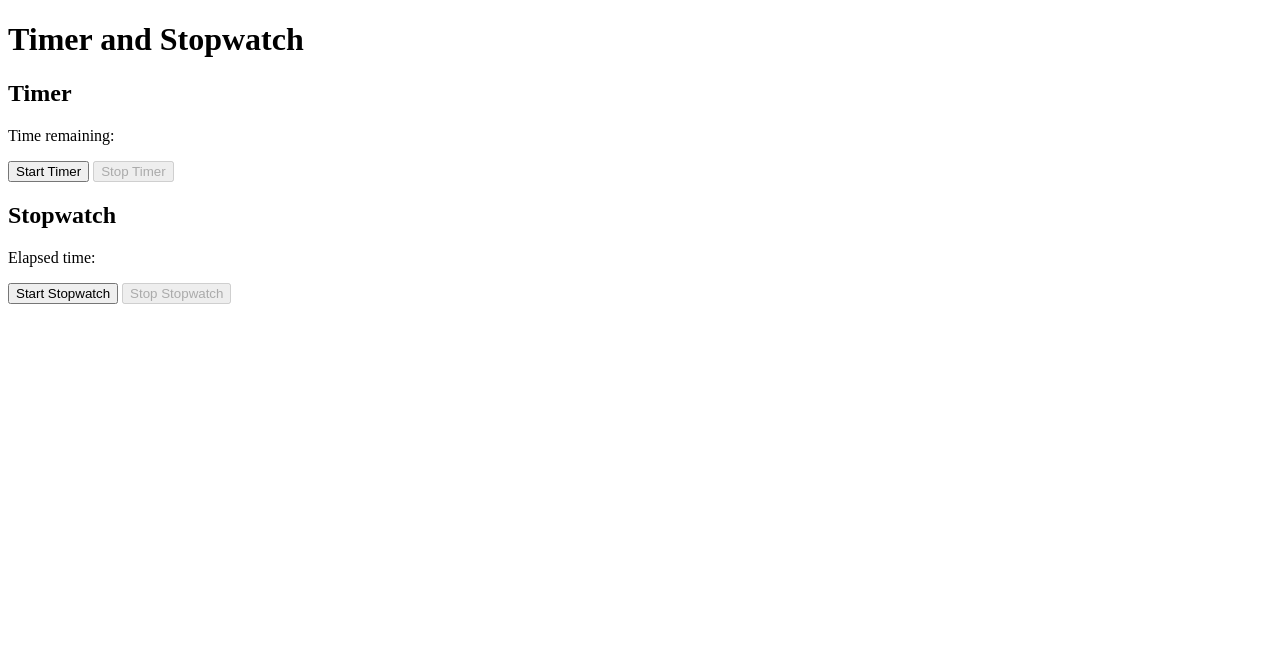
Repository: anonymous1508/CodeClause_Timerand_Stopwatch
Page: index.html
These files come from the project's save history. The page is drawn as it stood at one moment and after the next save; the edit follows.
The browser window is 1280 px wide. The pictures show the whole page.

Above is the page before, as saved 2023-05-04 17:38:19.
Not found: timer.js

### index.html
<!DOCTYPE html>
<html>
  <head>
    <title>Timer and Stopwatch</title>
    <link rel="stylesheet" href="style.css">
  </head>
  <body>
    <h1>Timer and Stopwatch</h1>

    <div class="timer-container">
      <h2>Timer</h2>
      <p>Time remaining: <span id="timer"></span></p>
      <button id="start-timer-btn">Start Timer</button>
      <button id="stop-timer-btn" disabled>Stop Timer</button>
    </div>

    <div class="stopwatch-container">
      <h2>Stopwatch</h2>
      <p>Elapsed time: <span id="stopwatch"></span></p>
      <button id="start-stopwatch-btn">Start Stopwatch</button>
      <button id="stop-stopwatch-btn" disabled>Stop Stopwatch</button>
    </div>

    <script src="timer.js"></script>
  </body>
</html>

### style.css
let timerInterval;

function startTimer(duration) {
  const timerDisplay = document.getElementById("timer");

  let timer = duration;
  timerInterval = setInterval(() => {
    const minutes = Math.floor(timer / 60);
    const seconds = timer % 60;

    timerDisplay.textContent = `${minutes}:${seconds < 10 ? "0" : ""}${seconds}`;

    if (--timer < 0) {
      clearInterval(timerInterval);
      timerDisplay.textContent = "Time's up!";
    }
  }, 1000);
}

function stopTimer() {
  clearInterval(timerInterval);
  document.getElementById("timer").textContent = "";
}

let stopwatchInterval;
let startTime;

function startStopwatch() {
  const stopwatchDisplay = document.getElementById("stopwatch");

  startTime = Date.now();
  stopwatchInterval = setInterval(() => {
    const elapsedMilliseconds = Date.now() - startTime;
    const minutes = Math.floor(elapsedMilliseconds / 60000);
    const seconds = Math.floor((elapsedMilliseconds % 60000) / 1000);
    const milliseconds = elapsedMilliseconds % 1000;

    stopwatchDisplay.textContent = `${minutes}:${seconds < 10 ? "0" : ""}${seconds}:${milliseconds < 100 ? "0" : ""}${milliseconds < 10 ? "0" : ""}${milliseconds}`;
  }, 10);
}

function stopStopwatch() {
  clearInterval(stopwatchInterval);
  document.getElementById("stopwatch").textContent = "";
}

After the next save:
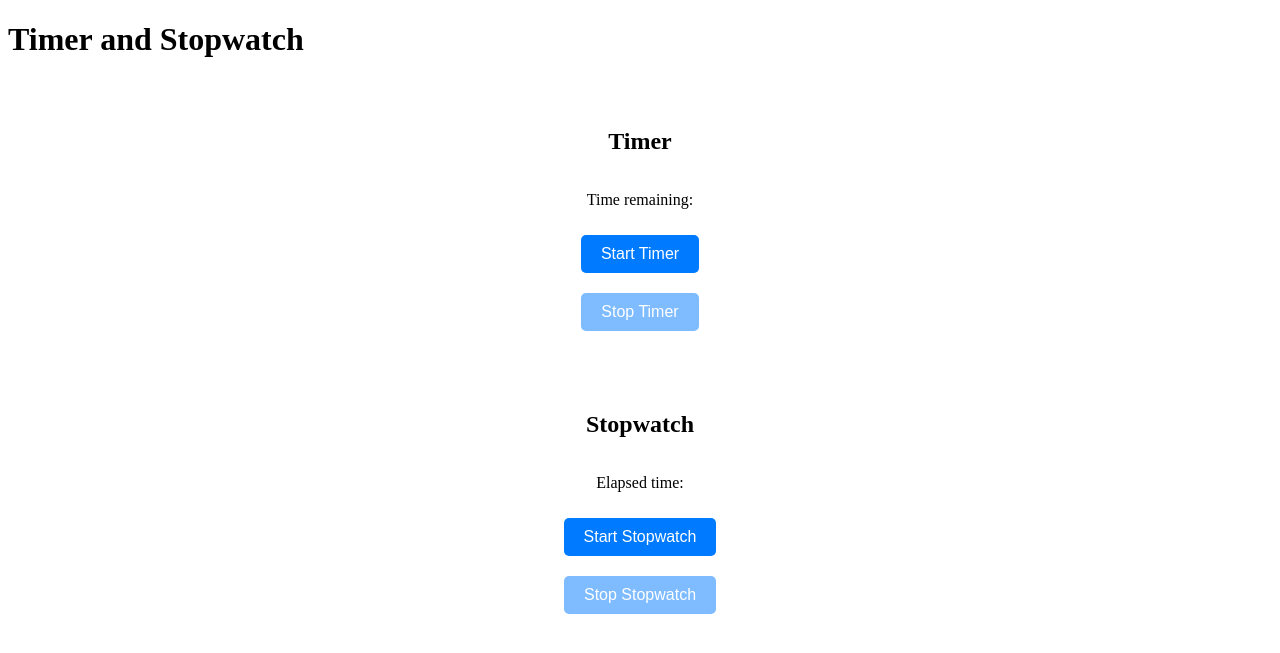
Saved 14 s later.
--- a/style.css
+++ b/style.css
@@ -1,45 +1,23 @@
-let timerInterval;
-
-function startTimer(duration) {
-  const timerDisplay = document.getElementById("timer");
-
-  let timer = duration;
-  timerInterval = setInterval(() => {
-    const minutes = Math.floor(timer / 60);
-    const seconds = timer % 60;
-
-    timerDisplay.textContent = `${minutes}:${seconds < 10 ? "0" : ""}${seconds}`;
-
-    if (--timer < 0) {
-      clearInterval(timerInterval);
-      timerDisplay.textContent = "Time's up!";
-    }
-  }, 1000);
+.timer-container,
+.stopwatch-container {
+  display: flex;
+  flex-direction: column;
+  align-items: center;
+  margin-top: 50px;
 }
 
-function stopTimer() {
-  clearInterval(timerInterval);
-  document.getElementById("timer").textContent = "";
+button {
+  margin: 10px;
+  padding: 10px 20px;
+  font-size: 16px;
+  border: none;
+  border-radius: 5px;
+  background-color: #007bff;
+  color: #fff;
+  cursor: pointer;
 }
 
-let stopwatchInterval;
-let startTime;
-
-function startStopwatch() {
-  const stopwatchDisplay = document.getElementById("stopwatch");
-
-  startTime = Date.now();
-  stopwatchInterval = setInterval(() => {
-    const elapsedMilliseconds = Date.now() - startTime;
-    const minutes = Math.floor(elapsedMilliseconds / 60000);
-    const seconds = Math.floor((elapsedMilliseconds % 60000) / 1000);
-    const milliseconds = elapsedMilliseconds % 1000;
-
-    stopwatchDisplay.textContent = `${minutes}:${seconds < 10 ? "0" : ""}${seconds}:${milliseconds < 100 ? "0" : ""}${milliseconds < 10 ? "0" : ""}${milliseconds}`;
-  }, 10);
+button:disabled {
+  opacity: 0.5;
+  cursor: default;
 }
-
-function stopStopwatch() {
-  clearInterval(stopwatchInterval);
-  document.getElementById("stopwatch").textContent = "";
-}
